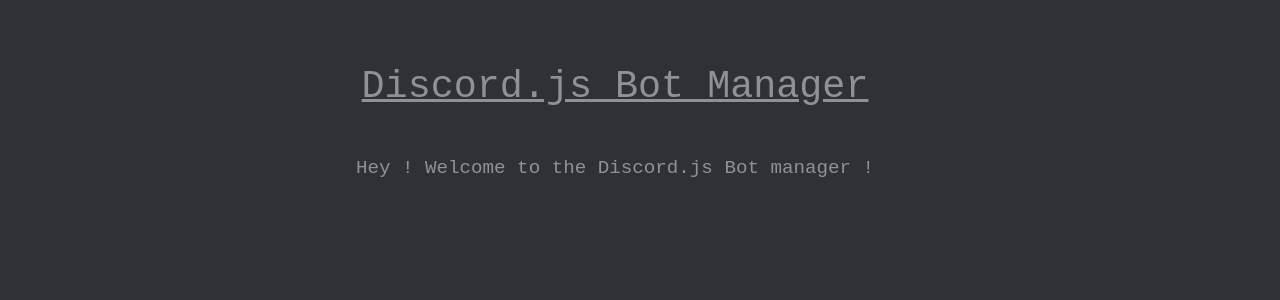
Repository: O-Schell/Discord-Bot-Manager
Page: Web_Interface/main.HTML
The author's editor kept a copy of each file at every save. The page is drawn from the files as they stood at one save, then again after the next save.
The browser window is 1280 px wide. The pictures show the whole page.
The style sheet was rebuilt from its Sass, Less or Tailwind sources for each picture, by a compiler version that may differ from the author's.

Above is the page before, as saved 2020-11-24 22:15:05.

After the next save:
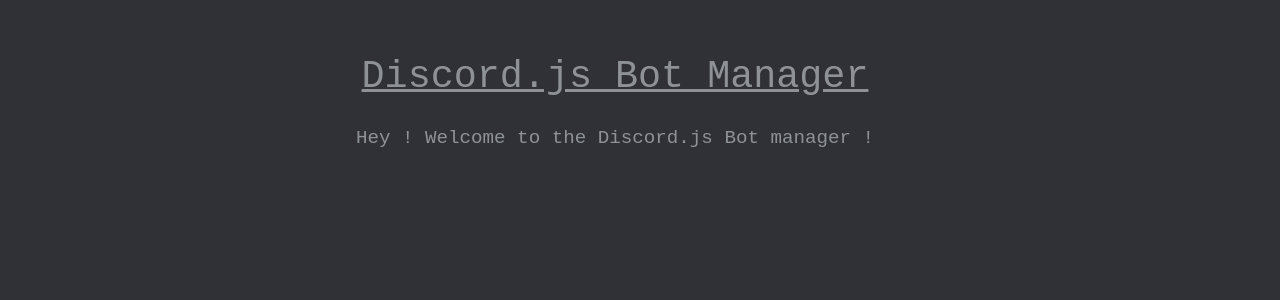
Saved 8 min 9 s later.
--- a/Web_Interface/style.scss
+++ b/Web_Interface/style.scss
@@ -12,9 +12,8 @@
 }
 
 .center-div {
-  margin: auto;
-  width: 69.2%;
-  padding: 10px;
+  display: flex;
+  justify-content: center;
 }
 
 .center-text {
